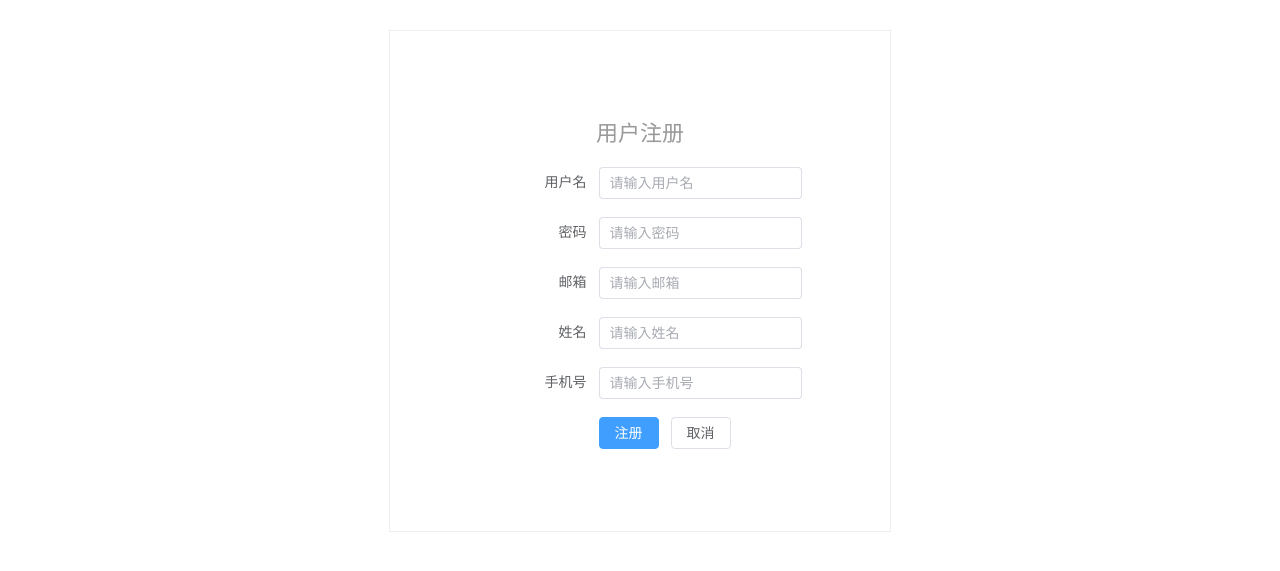
Repository: Mickey1216/yzkj_login_demo
Page: /
The author's editor kept a copy of each file at every save. The page is drawn from the files as they stood at one save, then again after the next save.
The browser window is 1280 px wide. The pictures show the whole page.
The project was rebuilt for these pictures with package versions that can differ from the ones it lists, and the page was loaded fresh each time. Also part of the build but not shown: vite.config.js.

Above is the page before, as saved 2023-07-04 16:29:21.

### src/main.js
import { createApp } from 'vue'
import App from './App.vue'
import router from './router'
import ElementPlus from 'element-plus'
import 'element-plus/dist/index.css'

const app = createApp(App)
app.use(router)
app.use(ElementPlus)
app.mount('#app')

### src/App.vue
<template>
  <div class="app">
    <routerView/>
  </div>
</template>

<script setup>

</script>

<style scoped>

</style>

### src/router/index.js
import { createRouter, createWebHistory } from 'vue-router'
import Register from '../views/Register.vue'

const router = createRouter({
  history: createWebHistory(import.meta.env.BASE_URL),
  routes: [
    {
      path: '/',
      redirect: '/register',
    },
    {
      path: '/register',
      name: 'register',
      component: Register
    },
    {
      path: '/login',
      name: 'login',
      component: () => import('../views/Login.vue')
    },
    {
      path: '/list',
      name: 'list',
      component: () => import('../views/List.vue')
    },
    {
      path: '/:pathMatch(.*)',
      meta: { title: "出错了！当前界面不存在" },
      component: () => import('../views/Error.vue')
    }
  ]
})

export default router

### src/views/Register.vue
<template>
  <div class="register">
    <div class="title">用户注册</div>
    <!-- <div class="is_existing_account">已有账号?立即登录</div> -->
    <el-form :model="form" label-width="120px">
      <el-form-item label="用户名" prop="userName">
        <el-input placeholder="请输入用户名" v-model="form.userName" />
      </el-form-item>
      <el-form-item label="密码" porp="password">
        <el-input placeholder="请输入密码" v-model="form.password" />
      </el-form-item>
      <el-form-item label="邮箱">
        <el-input placeholder="请输入邮箱" v-model="form.email" />
      </el-form-item>
      <el-form-item label="姓名">
        <el-input placeholder="请输入姓名" v-model="form.realName" />
      </el-form-item>
      <el-form-item label="手机号">
        <el-input placeholder="请输入手机号" v-model="form.phone" />
      </el-form-item>
      <el-form-item>
        <el-button type="primary" @click="onSubmit">注册</el-button>
        <el-button>取消</el-button>
      </el-form-item>
    </el-form>
  </div>
</template>

<script setup>
import { reactive } from "vue";
import request from '../api/request'

const form = reactive({
  userName: "",
  password: "",
  email: "",
  realName: "",
  phone: "",
});

const rules = reactive({

})

// 注册
const onSubmit = () => {
  request('/user/register', "POST", {
    username: form.username,
    password: form.password,
    email: form.email,
    realName: form.realName,
    phone: form.phone
  }).then()
};
</script>

<style scoped>
.register {
  margin: 30px auto;
  display: flex;
  flex-direction: column;
  justify-content: center;
  align-items: center;
  width: 500px;
  height: 500px;
  border: 1px solid #eee;
}
.title {
  margin: 20px 0;
  display: flex;
  align-items: center;
  justify-content: center;
  font-size: 22px;
  color: #999;
}
.is_existing_account {
  font-size: 14px;
  color: gray;
  margin: 10px 5px;
  display: flex;
  justify-content: right;
}
</style>

### src/api/request.js
import axios from 'axios';
import qs from "qs"

export default function request(target, method = "GET", data = {}) {
  const instance = axios.create({
      // 基础路径，发请求的时候，路径当中会出现api
      baseURL: "/api",
      // 代表请求超时的时间5s
      // timeout: 5000
  })

  //请求拦截器：在发送请求之前，请求拦截器可以检测到，可以在请求发送出去前做一些事情
  instance.interceptors.request.use(config => { // config：配置对象，对象里面有一个属性很重要，headers请求头
      config.method = method;
      config.headers["Content-Type"] = (method === "POST" || method === "PUT" || method === "DELETE" || method === "PATCH" ?
          "application/x-www-form-urlencoded" : "application/json");
      config.data = qs.stringify(data);

      return config;
  })

  // 响应拦截器
  instance.interceptors.response.use(res => {
      return res.data;
  })

  return instance(target);
}

Loaded but not shown: index.html (common file)

After the next save:
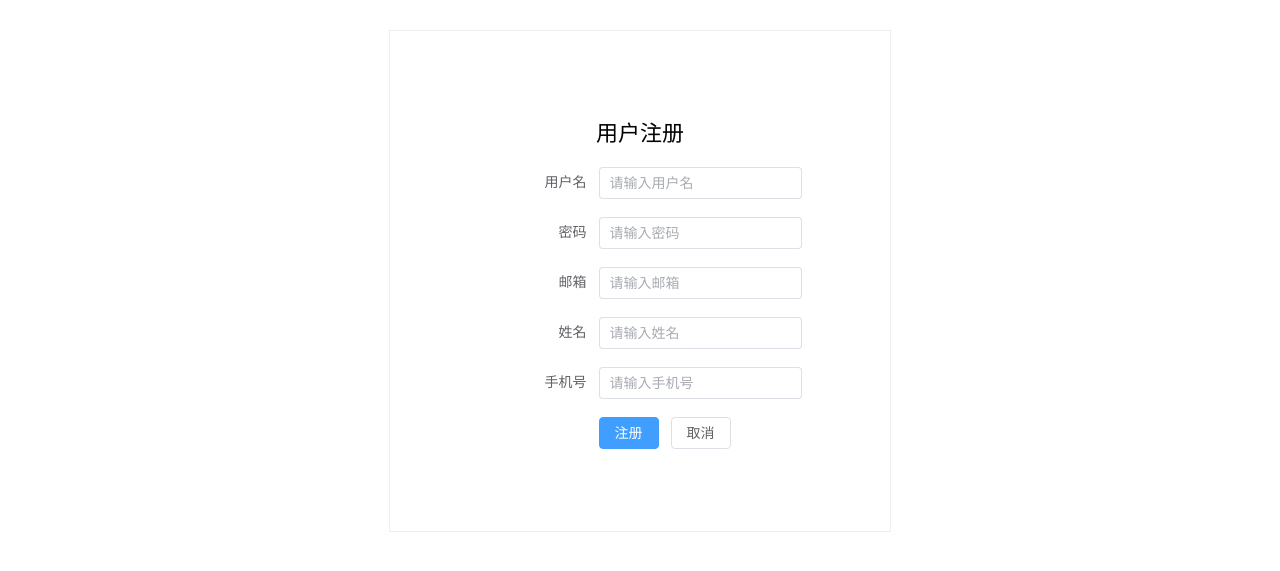
Saved 14 s later.
--- a/src/views/Register.vue
+++ b/src/views/Register.vue
@@ -71,7 +71,6 @@ const onSubmit = () => {
   align-items: center;
   justify-content: center;
   font-size: 22px;
-  color: #999;
 }
 .is_existing_account {
   font-size: 14px;
